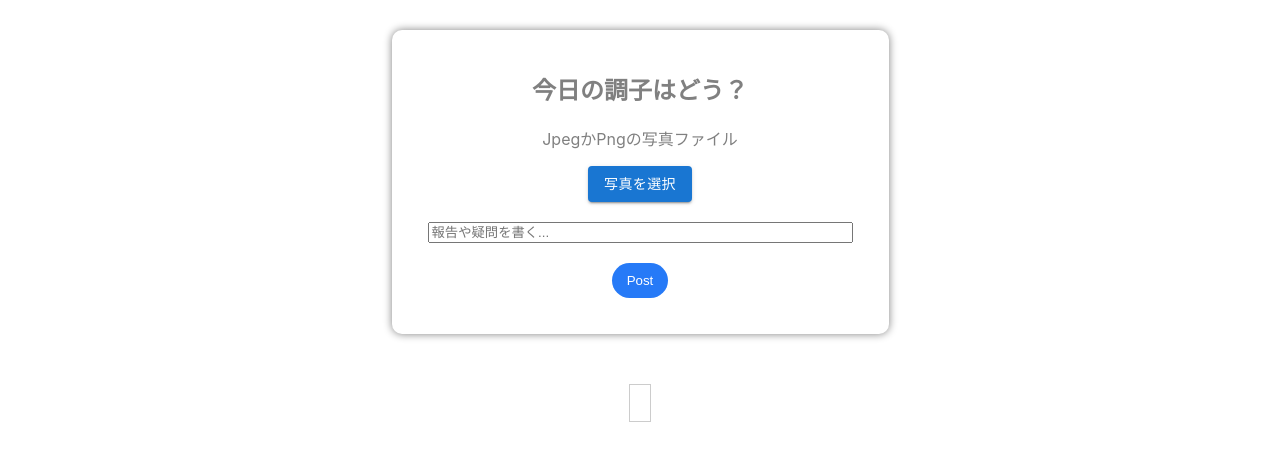
Repository: Seiya00002/seeds_surfers_react_sns
Page: /, after clicking the first element matching `input.textUploadInput`
An editor plug-in stored every save of this project. The page is shown before and after the next save, followed by the edit.
The browser window is 1280 px wide. The pictures show the whole page.
The page's requests for data from a server got no answer. The project was rebuilt for these pictures with package versions that can differ from the ones it lists, and the page was loaded fresh each time. No one was signed in, and anything a server would have sent is missing.

Above is the page before, as saved 2023-08-03 08:39:19.

After the next save:
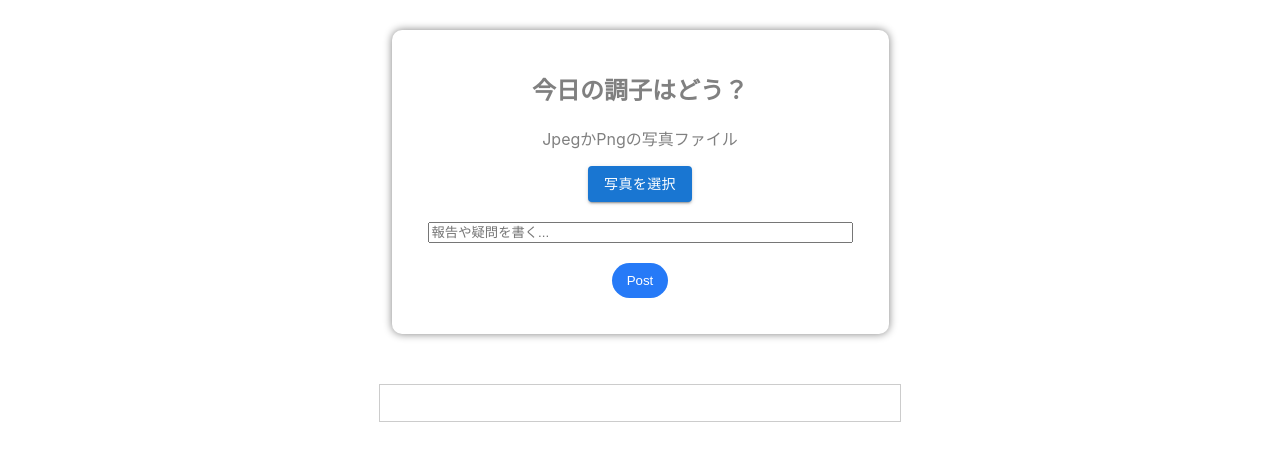
Saved 5 s later.
--- a/src/Post.css
+++ b/src/Post.css
@@ -4,7 +4,7 @@
 }
 
 .postOuterBox {
-    width: 500px%;
+    width: 500px;
     margin: 20px 0;
     border: 1px solid #ccc;
     padding: 10px;
